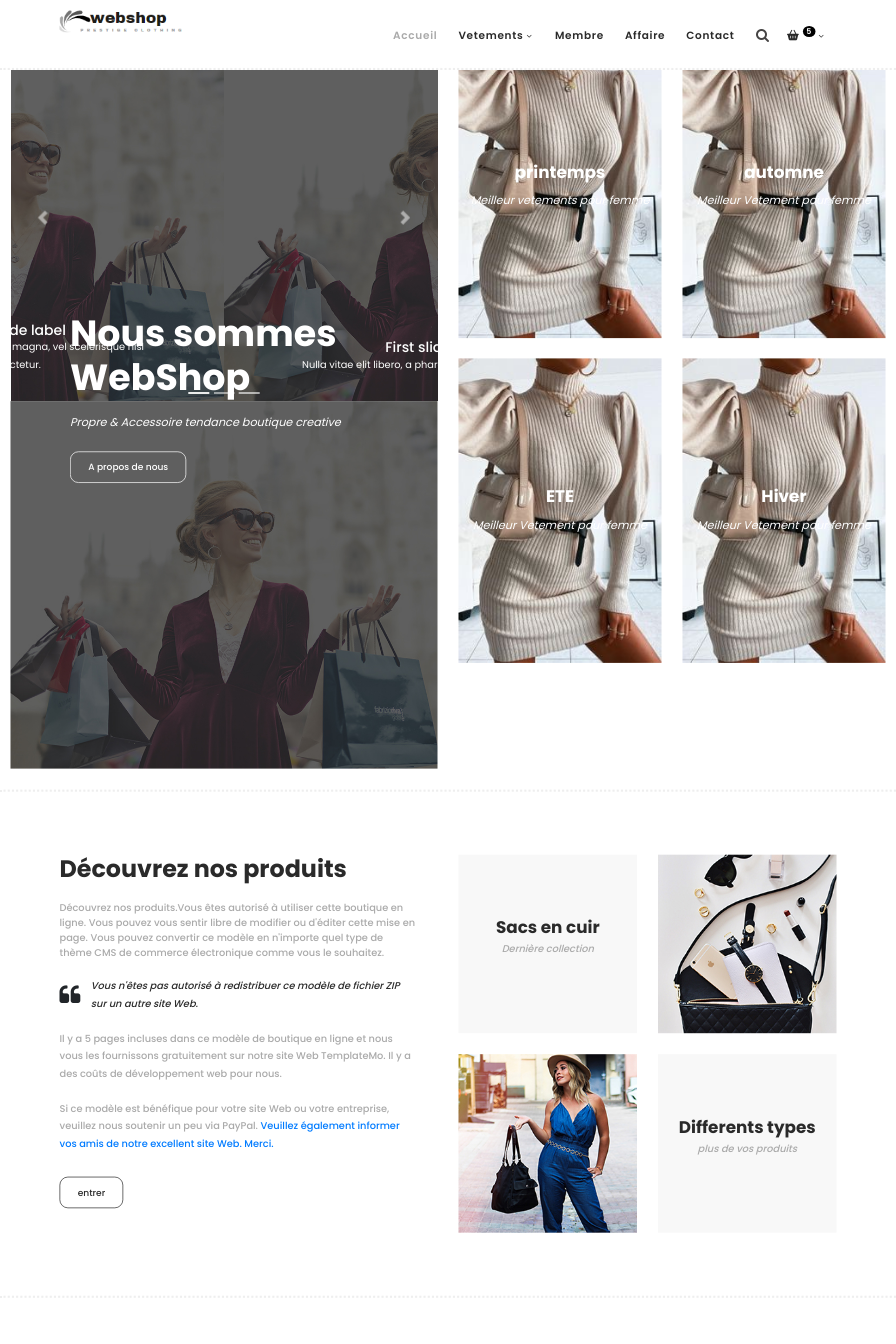
Repository: Hnatacha/webshop
Page: http://localhost/Espace-Membre/index.php
The author's editor kept a copy of each file at every save. The page is drawn from the files as they stood at one save, then again after the next save.
The browser window is 1280 px wide. The pictures show the part of the page from y = 0 to 1920 px (the page is 3208 px tall before and 3085 px after), at 70% of full size.
Some web libraries are served in a nearby version. The page is run by PHP 8.4 with error messages shown; the project is at /var/www/html/.

Above is the page before, as saved 2022-09-24 18:58:43.

After the next save:
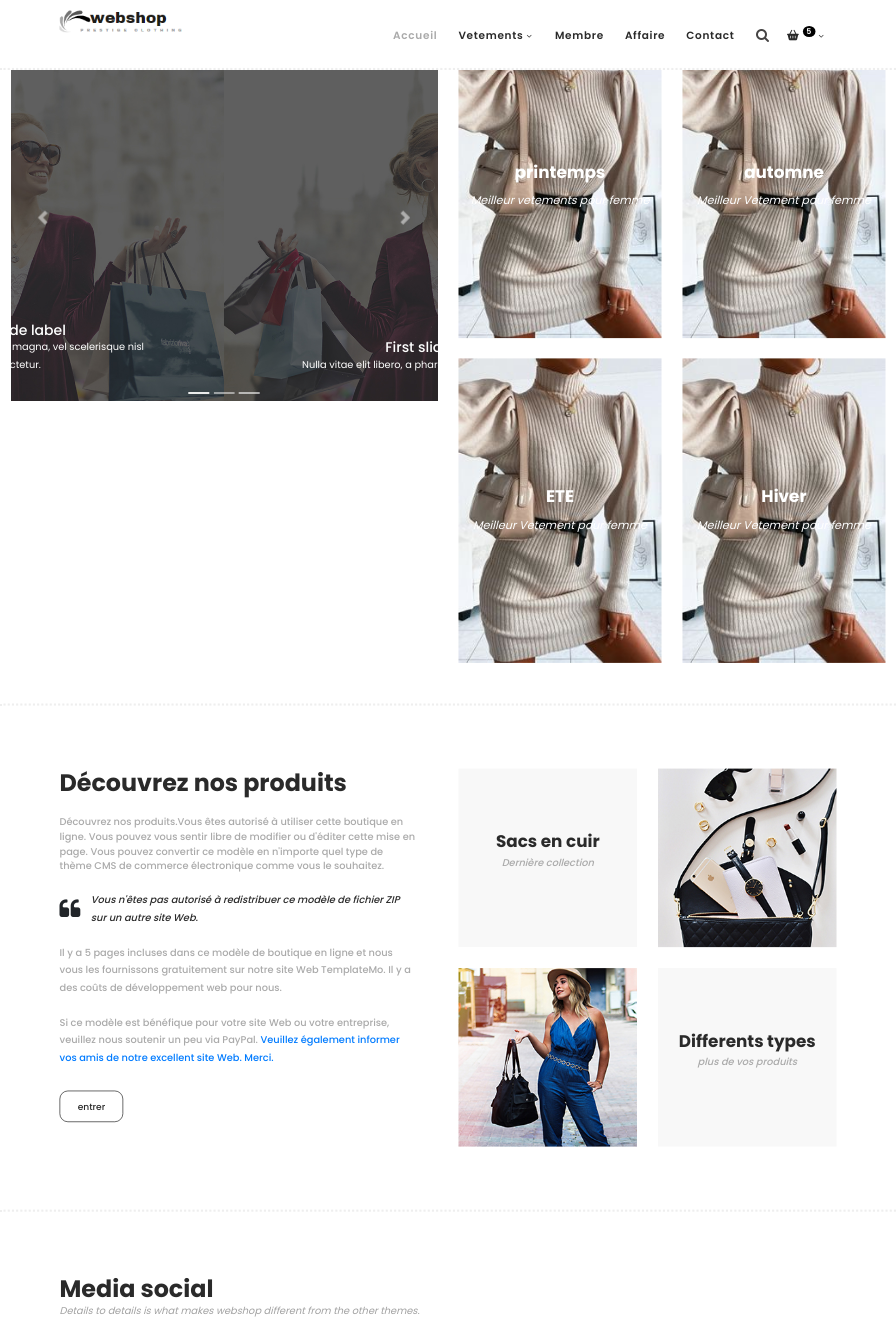
Saved 2 min 19 s later.
--- a/index.php
+++ b/index.php
@@ -172,16 +172,6 @@ https://templatemo.com/tm-571-webshop
                                     </a>
                                 </div>
                             </div>
-                            <div class="thumb">
-                                <div class="inner-content">
-                                    <h4>Nous sommes WebShop</h4>
-                                    <span> Propre &amp; Accessoire tendance boutique creative</span>
-                                    <div class="main-border-button">
-                                        <a href="about.php">A propos de nous</a>
-                                    </div>
-                                </div>
-                                <img src="assets/images/left-banner-image.jpg" alt="">
-                            </div>
                         </div>
                     </div>
                     <div class="col-lg-6">
